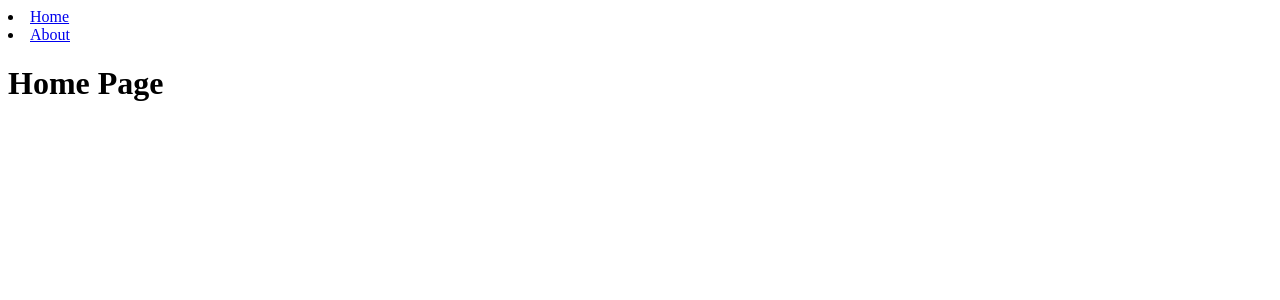
Repository: Rian1010/Flask
Page: http://localhost/
The author's editor kept a record of every edit. The page is drawn from the files as they stood at one moment, then again after the next edit.
The browser window is 1280 px wide. The pictures show the whole page.
The page is served by the project's application, run on Flask 3 (run.py).

Above is the page before.

### templates/index.html
<!DOCTYPE html>
<html lang="en">
<head>
    <meta charset="UTF-8">
    <meta name="viewport" content="width=device-width, initial-scale=1.0">
    <meta http-equiv="X-UA-Compatible" content="ie=edge">
    <title>Document</title>
</head>
<body>
    <nav>
        <li><a href="#">Home</a></li>
        <li><a href="#">About</a></li>
    </nav>

    <h1>Home Page</h1>
</body>
</html>

### run.py
import os
from flask import Flask, render_template

app = Flask(__name__)


@app.route('/')
def index():
    return render_template("index.html")


@app.route('/about')
def about():
    return render_template("about.html")


@app.route('/contact')
def contact():
    return render_template("contact.html")


@app.route('/careers')
def careers():
    return render_template("careers.html")

if __name__ == '__main__':
    app.run(host=os.environ.get('IP'),
            port=int(os.environ.get('PORT')),
            debug=True)

After the next edit:
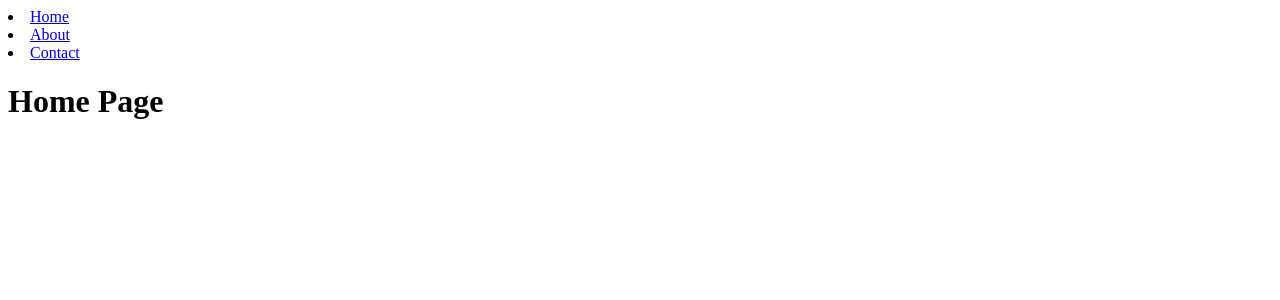
The edit:
--- a/templates/index.html
+++ b/templates/index.html
@@ -1,17 +1,22 @@
 <!DOCTYPE html>
 <html lang="en">
+
 <head>
     <meta charset="UTF-8">
     <meta name="viewport" content="width=device-width, initial-scale=1.0">
     <meta http-equiv="X-UA-Compatible" content="ie=edge">
     <title>Document</title>
 </head>
+
 <body>
     <nav>
-        <li><a href="#">Home</a></li>
-        <li><a href="#">About</a></li>
+        <li><a href="{{ url_for('index') }}">Home</a></li>
+        <li><a href="{{ url_for('about') }}">About</a></li>
+        <li><a href="{{ url_for('contact') }}">Contact</a></li>
+
     </nav>
 
     <h1>Home Page</h1>
 </body>
+
 </html>
